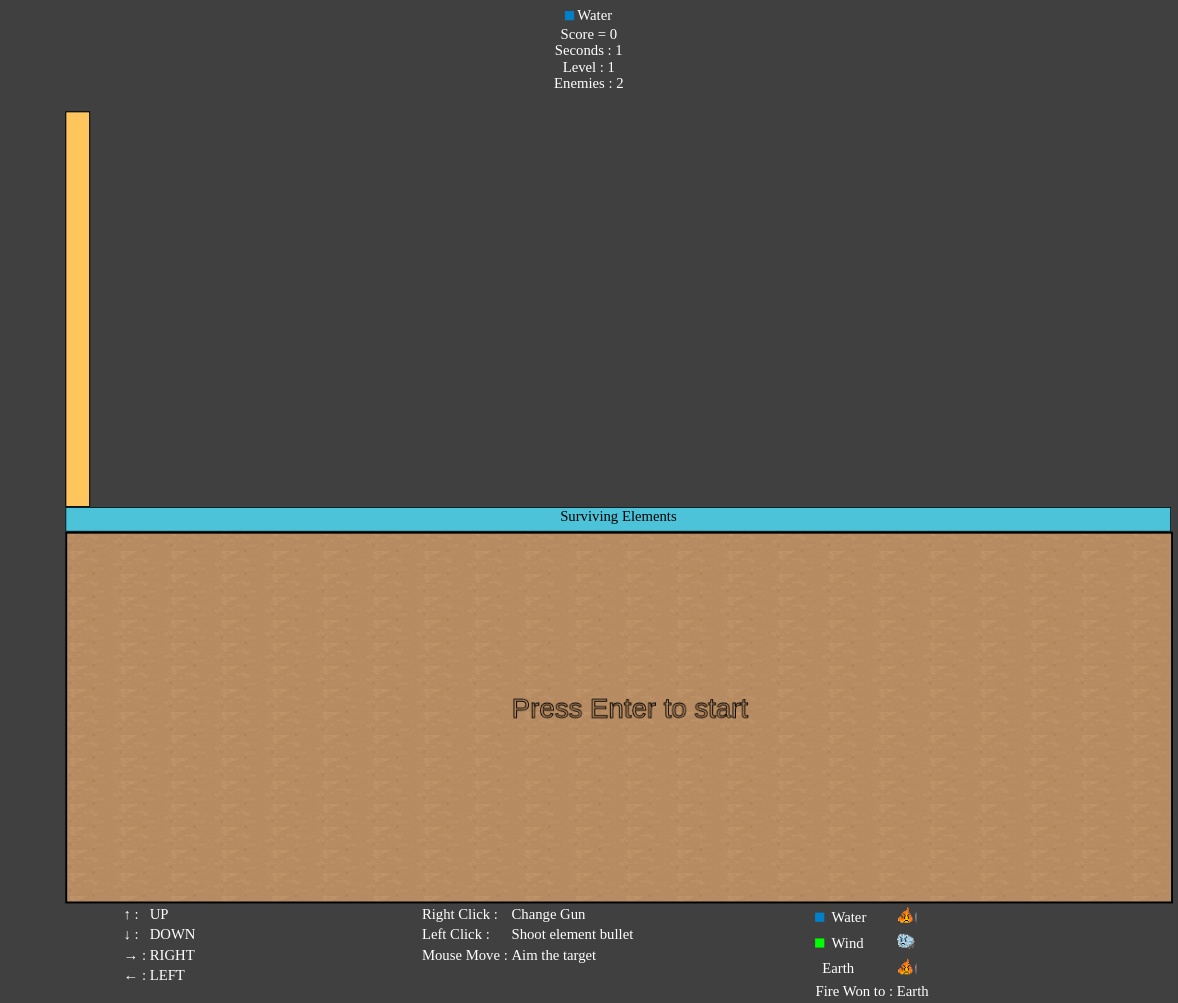
Repository: Pabloitto/Surviving-elements
Page: Surviving-Elements/index.html
The author's editor kept a record of every edit. The page is drawn from the files as they stood at one moment, then again after the next edit.
The browser window is 1280 px wide. The pictures show the whole page, at 92% of full size.

Above is the page before.

### Surviving-Elements/index.html
<!DOCTYPE html>
<html>
<head>
  <meta charset="utf-8">
  <title>Surviving Elements</title>
  <link rel="stylesheet" type="text/css" href="css/styles.css">
</head>
<body>
  <div align="center"></div>
    <div id="divGame">
   		<div class="elements" style="height:100px;">
    		<div style="margin-left:46%;height:20px;width:100px;">
    		  <span id="current"></span><label id="nameElement" class="name"></label>
    		</div>
    		<div id="score"></div>
    		<div id="time"></div>
    		<div id="txtlevel"></div>
    		<div id="txtenemies"></div>
     	</div>
     	<div class="center">
       	<canvas id="progresscanvas" class="progresscanvas"></canvas>
  			<div class="top">Surviving Elements</div>
        <canvas id="canvas" class="maincanvas" style="border:2px solid #000000;"></canvas>
        <div class="controls center">
          <table style="float:left">
            <tr>
              <td>↑ : </td><td>UP</td>
            </tr>
            <tr>
              <td>↓ : </td><td>DOWN</td>
            </tr>
            <tr>
              <td>→ : </td><td>RIGHT</td>
            </tr>
            <tr>
              <td>← : </td><td>LEFT</td>
            </tr>
          </table>
          <table style="float:left;margin-left:25%;">
             <tr>
              <td>Right Click : </td><td>Change Gun</td>
            </tr>
            <tr>
              <td>Left Click : </td><td>Shoot element bullet</td>
            </tr>
            <tr>
              <td>Mouse Move : </td><td>Aim the target</td>
            </tr>
          </table>
            <table style="float:left;margin-left:20%;">
            <tr>
              <td>
                <span id="current" class="Water"></span>
                <label class="name">Water</label>
              </td>
              <td>
                <span class="spriteElements fire"></span>
              </td>
            </tr>
            <tr>
              <td>
                <span id="current" class="Wind"></span>
                <label class="name">Wind</label>
              </td>
              <td>
                <span class="spriteElements wind"></span>
              </td>
            </tr>
            <tr>
              <td>
                <span id="current" class="Earth"></span>
                <label class="name">Earth</label>
              </td>
              <td>
                <span class="spriteElements fire"></span>
              </td>
            </tr>
            <tr>
              <td>Fire Won to : </td><td>Earth</td>
            </tr>
          </table>
        </div>
      </div>
    </div>
</body>
<script type="text/javascript" src="core/main.js"></script>
<script type="text/javascript" src="dom/domtools.js"></script>
<script type="text/javascript" src="collitions/collitionTools.js"></script>
<script type="text/javascript" src="core/utils/imagesfactory.js"></script>
<script type="text/javascript" src="core/utils/soundsfactory.js"></script>
<script type="text/javascript" src="listeners/keyevent.js"></script>
<script type="text/javascript" src="listeners/mouseevent.js"></script>
<script type="text/javascript" src="models/shape.js"></script>
<script type="text/javascript" src="models/progressbar.js"></script>
<script type="text/javascript" src="models/bg.js"></script>
<script type="text/javascript" src="models/particle.js"></script>
<script type="text/javascript" src="models/explosion.js"></script>
<script type="text/javascript" src="models/element.js"></script>
<script type="text/javascript" src="models/cursor.js"></script>
<script type="text/javascript" src="models/bullet.js"></script>
<script type="text/javascript" src="models/energybar.js"></script>
<script type="text/javascript" src="models/hero.js"></script>
<script type="text/javascript" src="models/enemy.js"></script>
<script type="text/javascript" src="core/game.js"></script>
<script type="text/javascript" src="painters/herodrawable.js"></script>
<script type="text/javascript" src="painters/explosiondrawable.js"></script>
<script type="text/javascript" src="painters/bulletdrawable.js"></script>
<script type="text/javascript" src="painters/energybardrawable.js"></script>
<script type="text/javascript" src="painters/enemydrawable.js"></script>
<script type="text/javascript" src="painters/backgrounddrawable.js"></script>
<script type="text/javascript" src="painters/progressbardrawable.js"></script>
</html>

### Surviving-Elements/css/styles.css
canvas {cursor: none;}
body{
	background-color:#404040;
}
.Water{
	background-color: #0180CA;
	height:10px;
	width:10px;
}
.Ground{
	background-color: #655619;
	height:10px;
	width:10px;
}
.Wind{
	background-color: #00FF00;
	height:10px;
	width:10px;
}
.Fire{
	background-color: #CA0F01;
	height:10px;
	width:10px;
}
.fire { display: inline-block;padding-left:4%;width: 20px; height: 20px; background-position: 0px 0px; }
.rock { display: inline-block;padding-left:4%;width: 20px; height: 20px; background-position: -20px 0px; }
.water { display: inline-block;padding-left:4%;width: 20px; height: 20px; background-position: -40px 0px; }
.wind { display: inline-block;padding-left:4%;width: 20px; height: 20px; background-position: -60px 0px; }
.center{
	margin-top:1%;
	margin-left:5%;
}
.elements{
	text-align: center;
}
.maincanvas{
	float:left;
	width:1200px;
	height:400px;
}
.progresscanvas{
	border:solid 1px;
	float:left;
	width:25px;
	height:428px;
}
.top{
	border:solid 1px;
	background-color:#4CC3D9;
	text-align: center;
	float:left;
	width:1200px;
	height:25px;
}
.elements > div{
	color:white;
}
.controls{
	width:80%;
	color:white;
}
#current{
	display: inline-block;
}
.name{
	padding-left:4%;
}
.spriteElements {
	background-image: url('../resources/img/sprite_elements.png');
	background-color: transparent; background-repeat: no-repeat;
	height:20px;
}
#elementRules tr td{
	width:100px;
}

### Surviving-Elements/core/main.js
window.$ = {};
$.es = '';
$.elements= ['Water','Ground','Fire','Wind'];
$.PI2 = Math.PI * 2;
window.onload = function(){
    $.Game();
};

### Surviving-Elements/dom/domtools.js
$.get = function(id){
      return document.getElementById(id);
};
$.attr = function(e,options){
    for (var prop in options) {
        e[prop] = options[prop];
    }
};

### Surviving-Elements/collitions/collitionTools.js
$.intersect = function(a,b){
    return (Math.abs(a.x - b.x) < (a.width + b.width) / 2) &&
        	(Math.abs(a.y - b.y) < (a.height + b.height) / 2);
};
$.intersectWithArray = function(o,elements){
    var r = 0;
	for (var i = 0; i < elements.length; i++) {
		if($.intersect(o,elements[i])){
			r = {e : elements[i] , i : i};
			break;
		}
	}
	return r;
};

### Surviving-Elements/core/utils/imagesfactory.js
$.ImageFactory=(function(){
    var path = 'resources/img/',
        ext = '.png',
        loaded={};

    function getImg(name){
        var image = null;
        if(!loaded[name + ext]){
            image = new Image();
            image.src = path + name + ext;
            loaded[name + ext] = image;
        }else{
            image = loaded[name + ext];
        }
        return image;
    }

    return {
        getImg : getImg
    }
}())
$.Sprite = (function(){
    function getSprite(name,pos){
        var image = $.ImageFactory.getImg(name);
        return {
            image : image,
            pos : pos
        }
    }

    return {
        getSprite : getSprite
    }
}())

### Surviving-Elements/core/utils/soundsfactory.js
$.SoundsFactory=(function(){
    var path = 'resources/sounds/',
        ext = '.wav',
        loaded = {};

    function play(name,loop){
        var audio = null;
        if(!loaded[name + ext]){
            audio = new Audio(path + name + ext);
            loaded[name + ext] = audio;
        }else{
            audio = loaded[name + ext];
        }
        if(loop){
            audio.loop = true;
        }
        audio.play();
    }
    function stop(name){
        var audio = loaded[name + ext];
        if(audio){
            audio.pause();
            audio.currentTime = 0;
        }
    }
    return {
        play : play,
        stop : stop
    }
}())

### Surviving-Elements/listeners/keyevent.js
$.KEY_CODES = {
        UP : 38,
        DOWN : 40,
        LEFT: 37,
        RIGHT:39,
        R : 114,
        r : 82,
        ENTER : 13
};
$.KeyEventListener=function(o){
    var keys = [];

    function init(){
        bindEvents();
    }

    function bindEvents(){
        o.element.addEventListener('keyup',onKeyUp,false);
        o.element.addEventListener('keydown',onKeyDown,false);
    }

    function onKeyDown(e){
		keys[e.keyCode] = 1;
		if(e.keyCode === $.KEY_CODES.r || e.keyCode === $.KEY_CODES.R){
		    o.restart();
		}
		if(e.keyCode === $.KEY_CODES.ENTER){
		    o.start();
		}
	}
	function onKeyUp(e){
		keys[e.keyCode] = 0;
	}
    function getKeys(){
        return keys;
    }

    init();

    return {
        getKeys : getKeys
    };
};

### Surviving-Elements/listeners/mouseevent.js
$.MouseEventListener=function(o){
    function init(){
        bindEvents();
    }

    function bindEvents(){
        o.element.addEventListener('mousemove',onMouseMove,false);
        o.element.addEventListener('mousedown',onMouseClick,false);
        document.addEventListener('contextmenu',onOpenContext,false);
    }
    function onMouseMove(e){
		var x = getFixedX(e),
			y = getFixedY(e);
		o.onMouseMove(x,y);
	}
    function onMouseClick(e){
		var x = getFixedX(e),
			y = getFixedY(e);
		o.onClick(x,y,e.button);
	}
	function onOpenContext(event){
        event.preventDefault();
    }
	function getFixedX(e){
		return e.clientX - o.element.offsetLeft;
	}
	function getFixedY(e){
		return e.clientY - o.element.offsetTop;
	}
    init();
};

### Surviving-Elements/models/shape.js
$.Shape = (function () {
	function Shape() {}
	Shape.prototype.speed = 1;
	Shape.prototype.x = 10;
	Shape.prototype.y = 10;
	Shape.prototype.width = 32;
	Shape.prototype.height = 32;
	Shape.prototype.vy = 0;
	Shape.prototype.vx = 0;
	Shape.prototype.id = '';
	Shape.prototype.calculateAngle = function(xTarget , yTarget){
		return Math.atan2(yTarget - this.y, xTarget - this.x) * 180 / Math.PI;
	}
	Shape.prototype.calculateDirection = function(vectors){
		var angle = this.calculateAngle(vectors.target.x,vectors.target.y),
			radians = angle * Math.PI/ 180;
		this.vx = Math.cos(radians) * this.speed;
	    this.vy = Math.sin(radians) * this.speed;
	}
	Shape.prototype.generateId=function(){
		var result='', i, j;
		for(j=0; j<32; j++) {
			if( j == 8 || j == 12|| j == 16|| j == 20){
		    	result = result + '-';
		    }
			i = Math.floor(Math.random()*16).toString(16).toUpperCase();
		    result = result + i;
		}
		return result;
	}
	return Shape;
})();

### Surviving-Elements/models/progressbar.js
$.ProgressBar= (function(shape){
	function ProgressBar(w,h){
		this.width = w;
		this.height = h;
		this.x = 0;
		this.y = 0;
	}
	ProgressBar.prototype = Object.create(shape.prototype);
	return ProgressBar;
})($.Shape);

### Surviving-Elements/models/bg.js
$.Bg= (function(shape){
	function Bg(w,h){
		this.x = 0;
		this.y = 0;
		this.width = w;
		this.height = h;
		this.offset_y = 25;
		this.offset_x = 55;
		this.spd = 1;
	}
	Bg.prototype = Object.create(shape.prototype);
	Bg.prototype.move = function(k){
		if (k[$.KEY_CODES.UP]) {
			if(this.y > 0){
				this.y -= this.spd;
			}
	    }
	    if (k[$.KEY_CODES.DOWN]) {
	    	if(this.y < this.offset_y){
				this.y += this.spd;
			}
	    }
	}
	Bg.prototype.getImage = function(){
		return $.ImageFactory.getImg('bg');
	}
	return Bg;
})($.Shape);

### Surviving-Elements/models/particle.js
$.Particle= (function(shape){
	var moveBy = 10;
	function Particle(cX,cY){
		this.x = cX;
		this.y = cY;
		this.radius = 1.0;
		this.vx = (-this.radius * (moveBy / 2)) + Math.random() * moveBy;
		this.vy = Math.random() * moveBy;
	}
	Particle.prototype = Object.create(shape.prototype);
	Particle.prototype.move = function(){
		this.x += this.vx;
		this.y += this.vy;
		this.radius = Math.max(this.radius - 0.05, 0.0);
	}
	return Particle;
})($.Shape);

### Surviving-Elements/models/explosion.js
$.Explosion = (function(shape){
	function Explosion(){
		this.x = 0;
		this.y = 0;
		this.particles = [];
		this.length = 40;
		this.isExploting = 0;
	}
	Explosion.prototype.explote = function(){
		if(this.isExploting){
			for(var k = 0; k < this.length; k++) {
				this.particles.push(new $.Particle(this.x,this.y));
			}
		}
	};
	Explosion.prototype.create = function(x,y,color){
		this.x = x;
		this.y = y;
		this.color = color;
		this.isExploting = 1;
	};
	return Explosion;
})($.Shape);

### Surviving-Elements/models/element.js
$.Element = function(){
	return {
		getRandomElement : function(){
			var	r = Math.floor(Math.random()*($.elements.length)),
				e = $.elements[r];
			return this.types[e];
		},
		types : {
			Water : {
				name : 'Water',
				color : '#0180CA',
				sprite : $.Sprite.getSprite('sprite_elements',{x : 40 , y : 0})
			},
			Fire : {
				name : 'Fire',
				sprite : $.Sprite.getSprite('sprite_elements',{x : 0 , y : 0})
			},
			Ground : {
				name : 'Ground',
				sprite : $.Sprite.getSprite('sprite_elements',{x : 20 , y : 0})
			},
			Wind :{
				name : 'Wind',
				sprite : $.Sprite.getSprite('sprite_elements',{x : 60 , y : 0})
			}
		},
		getWinner:function(e1,e2){
			return {
				'Water' : e2.element.name === 'Fire' ? e1 : null,
				'Fire' : e2.element.name === 'Ground' ? e1 : null,
				'Ground' : e2.element.name === 'Wind' ? e1 : null,
				'Wind' : e2.element.name === 'Water' ? e1 : null
			}[e1.element.name];
		},
		compare:function(e1 , e2){
			if(e1.element.name === e2.element.name){
				return 0;
			}
			switch (e1.element.name) {
				case 'Fire':
					return e2.element.name === 'Ground' ? 1 : -1;
				case 'Water':
					return e2.element.name === 'Fire' ? 1 : -1;
				case 'Ground':
					return e2.element.name === 'Wind' ? 1 : -1;
				case 'Wind':
					return e2.element.name === 'Water' ? 1 : -1;
			}
		}
	}
};

### Surviving-Elements/models/cursor.js
$.Cursor = (function (shape) {
	function Cursor() {
		this.color = '#614126';
	}
	Cursor.prototype = Object.create(shape.prototype);
	Cursor.prototype.move = function(e){
		this.x = e.x;
		this.y = e.y;
	};
	Cursor.prototype.getImage = function(){
		return $.ImageFactory.getImg('pointer');
	};
	return Cursor;
})($.Shape);

### Surviving-Elements/models/bullet.js
$.Bullet = (function (shape) {
	var vectors = null;
	function Bullet(v) {
		vectors = v;
		this.speed = 50;
		this.x = vectors.origin.x;
		this.y = vectors.origin.y;
		this.size = 3;
		this.element = $.es;
		this.color = this.element.color;
		this.calculateDirection(vectors);
	}
	Bullet.prototype = Object.create(shape.prototype);
	Bullet.prototype.move = function(){
		this.x += this.vx;
		this.y += this.vy;
	};
	return Bullet;

})($.Shape);

### Surviving-Elements/models/energybar.js
$.EnergyBar = (function (shape) {
	function EnergyBar(model) {
		this.x = model.x;
		this.y = model.y - (this.height * 4);
		this.width = (model.health) * 10;
		this.height = 5;
		this.strokeColor = "black";
		this.fillColor = "red";
	}
	EnergyBar.prototype = Object.create(shape.prototype);
	EnergyBar.prototype.move = function(model){
		this.x = model.x;
		this.y = model.y - (this.height * 4);
	};
	return EnergyBar;
})($.Shape);

### Surviving-Elements/models/hero.js
$.Hero = (function (shape) {
	function Hero(pX , pY) {
		this.x = pX / 2;
		this.y = pY / 2;
		this.health = 5;
		this.bullets = [];
		this.spd = 5;
		this.angle = 0;
		this.frame = 1;
		this.underFire = 0;
		this.cH=pY;
		this.cW=pX;
		this.energybar = new $.EnergyBar(this);
	}
	Hero.prototype = Object.create(shape.prototype);
	Hero.prototype.shot = function(e){
		this.frame = 0;
		var bullet = new $.Bullet({
			origin : {x : this.x + (this.width / 2) , y : this.y + (this.height / 2)},
			target : {x : e.x , y : e.y}
		});
		if(this.bullets.length === 0){
			this.underFire = 1;
			this.bullets.push(bullet);
		}
	};
	Hero.prototype.getImage = function(){
		return $.ImageFactory.getImg('sprites');
	};
	Hero.prototype.move = function(k,cb){
		if (k[$.KEY_CODES.UP]) {
			if((this.y - this.height / 2) > 0){
				this.y -= this.spd;
				if(!this.underFire){
					this.updateFrame();
				}
			}
	    }
	    if (k[$.KEY_CODES.DOWN]) {
	    	if(this.y < (this.cH - this.height / 2)){
				this.y += this.spd;
				if(!this.underFire){
					this.updateFrame();
				}
	    	}
	    }
	    if (k[$.KEY_CODES.RIGHT]) {
	    	if(this.x < (this.cW - this.width / 2)){
				this.x += this.spd;
				if(!this.underFire){
					this.updateFrame();
				}
	    	}
	    }
	    if (k[$.KEY_CODES.LEFT]) {
	    	if((this.x - this.width / 2) > 0){
				this.x -= this.spd;
				if(!this.underFire){
					this.updateFrame();
				}
	    	}
	    }
	    if(!k[$.KEY_CODES.UP] && !k[$.KEY_CODES.DOWN]&& !k[$.KEY_CODES.LEFT] && !k[$.KEY_CODES.RIGHT]){
	    	if(!this.underFire){
	    		this.frame = 1;
	    	}
	    }else{
	    	cb(k);
	    }
	    this.energybar.move(this);
	};
	Hero.prototype.isAlive = function(){
		return this.health > 0;
	};
	Hero.prototype.updateFrame = function(){
		this.frame = this.frame <= 2 ? this.frame + 1 : 1;
	}
	return Hero;
})($.Shape);

### Surviving-Elements/models/enemy.js
$.Enemy = (function(shape){
	function Enemy(v){
		this.vectors = v;
		this.x = this.vectors.origin.x;
		this.y = this.vectors.origin.y;
		this.element = new $.Element().getRandomElement();
		this.sprite = this.element.sprite;
		this.health = 1;
		this.speed = 1;
		this.maxHealth = 5;
		this.calculateDirection(this.vectors);
		this.id = this.generateId();
		this.isInCollision = 0;
		this.energybar = new $.EnergyBar(this);
		this.width = 20;
		this.height = 20;
	}
	Enemy.prototype = Object.create(shape.prototype);
	Enemy.prototype.move = function(oposite){
		if(this.isInCollision && oposite){
			this.vx = -this.vx;
			this.vy = -this.vy;
		}
		this.x += this.vx;
		this.y += this.vy;
		this.energybar.move(this);
	}
	Enemy.prototype.hurt = function(){
		this.health-=1;
	}
	Enemy.prototype.powerup = function(e){
		if(this.health < this.maxHealth){
			this.health += 1;
			this.speed += 0.1;
			return true;
		}
		return false;
	}
	Enemy.prototype.isAlive = function(){
		return this.health > 1;
	}
	return Enemy;
})($.Shape);

### Surviving-Elements/painters/herodrawable.js
$.HeroDrawable = function(h){
    var hero;
    function init(){
        hero = h;
    }
    function draw(ctx){
        var sprite = hero.getSprite();
		ctx.save();
		ctx.translate(hero.x, hero.y);
		ctx.rotate(hero.angle * Math.PI/180);
		ctx.drawImage(sprite.image,
		        sprite.pos.x,
				sprite.pos.y,
				hero.width,
           		hero.height,
				-(hero.width/2),
				-(hero.height/2),
				hero.width,
           		hero.height);
		ctx.restore();
    }
    init();
    return {
        draw: draw
    }
};

### Surviving-Elements/painters/explosiondrawable.js
$.ExplosionDrawable = function(e){
    var explosion;
    function init(){
        explosion = e;
    }
    function draw(ctx){
        for(var i = 0; i < explosion.particles.length; i++) {
			var current = explosion.particles[i];
			ctx.beginPath();
			ctx.fillStyle = explosion.color;
			if (current.radius > 0) {
				ctx.arc(current.x, current.y, current.radius, 0, $.PI2, false);
			}
			ctx.fill();
			current.move();
		}
    }
    init();
    return {
        draw: draw
    }
};

### Surviving-Elements/painters/bulletdrawable.js
$.BulletDrawable = function(b){
    var bullet;
    function init(){
        bullet = b;
    }
    function draw(ctx){
        bullet.move();
        ctx.fillStyle = bullet.color;
	    ctx.arc(bullet.x,bullet.y,bullet.size,0,$.PI2,true);
		ctx.closePath();
    }
    init();
    return {
        draw: draw
    }
};

### Surviving-Elements/painters/energybardrawable.js
$.EnergyBarDrawable = function(b){
    var bar;
    function init(){
        bar = b;
    }
    function draw(ctx,life,canIncrement){
        ctx.beginPath();
        ctx.strokeStyle = bar.strokeColor;
        ctx.rect(bar.x,bar.y, canIncrement ? (life || 1) * 10 : bar.width,bar.height);
        ctx.stroke();
        ctx.closePath();

        ctx.beginPath();
        ctx.fillStyle = bar.fillColor;
        ctx.fillRect(bar.x,bar.y,(life || 1) * 10 ,bar.height);
        ctx.closePath();
    }
    init();
    return {
        draw: draw
    }
};

### Surviving-Elements/painters/enemydrawable.js
$.EnemyDrawable = function(e){
    var enemy;
    function init(){
        enemy = e;
    }
    function draw(ctx){
        ctx.drawImage(enemy.sprite.image,
				enemy.sprite.pos.x,
				enemy.sprite.pos.y,
				enemy.width,
           		enemy.height,
				enemy.x,
				enemy.y,
				enemy.width,
           		enemy.height);
    }
    init();
    return {
        draw: draw
    }
};

### Surviving-Elements/painters/backgrounddrawable.js
$.BgDrawable = function(bg){
    var background;
    function init(){
        background = bg;
    }
    function draw(ctxBg,cW,cH){
       var img = background.getImage(),w=0,h =0;
	    for (; w<cW; w += background.width) {
	        for (;h<cH; h += background.height) {
	            ctxBg.drawImage(img, (w + background.x) - 55, h + background.y);
	        }
	    }
		for (w=0; w<cW;w+=background.width) {
	        for (h=0; h < cH; h += background.height) {
	            ctxBg.drawImage(img, w + background.x, h + background.y);
	        }
	    }
	    for (w=0;w < cW; w += background.width) {
	        for (h=0; h < cH; h += background.height) {
	            ctxBg.drawImage(img, w + background.x, (h + background.y) - 25);
	        }
	    }
    }
    init();
    return {
        draw: draw
    }
};

### Surviving-Elements/painters/progressbardrawable.js
$.ProgressBarDrawable = function(p){
    var pb;
    function init(){
        pb = p;
    }
    function draw(ctx, totalEnemies , countEnemies){
        ctx.fillStyle="#FFC65D";

        ctx.fillRect(pb.x,pb.y,pb.width,pb.height);
        var partial = (countEnemies * pb.height) / totalEnemies;
        ctx.fillStyle="#7BC8A4";
        ctx.fillRect(pb.x ,pb.width / 2,pb.width,-partial);
    }
    init();
    return {
        draw: draw
    }
};

Loaded but not shown: Surviving-Elements/core/game.js (318 lines, source omitted)

After the next edit:
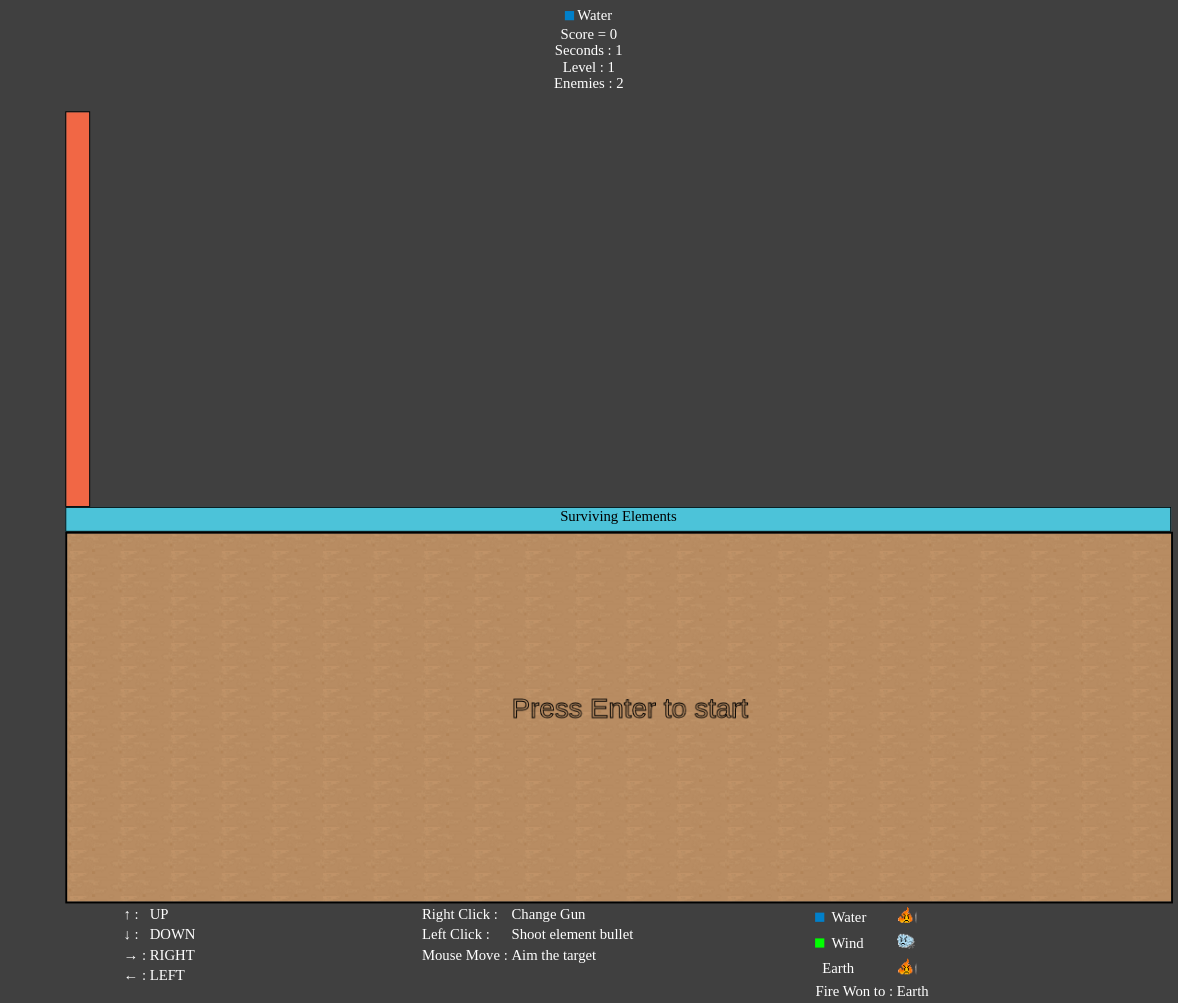
The edit:
--- a/Surviving-Elements/painters/progressbardrawable.js
+++ b/Surviving-Elements/painters/progressbardrawable.js
@@ -4,8 +4,7 @@
         pb = p;
     }
     function draw(ctx, totalEnemies , countEnemies){
-        ctx.fillStyle="#FFC65D";
-
+        ctx.fillStyle="#F16745";
         ctx.fillRect(pb.x,pb.y,pb.width,pb.height);
         var partial = (countEnemies * pb.height) / totalEnemies;
         ctx.fillStyle="#7BC8A4";
